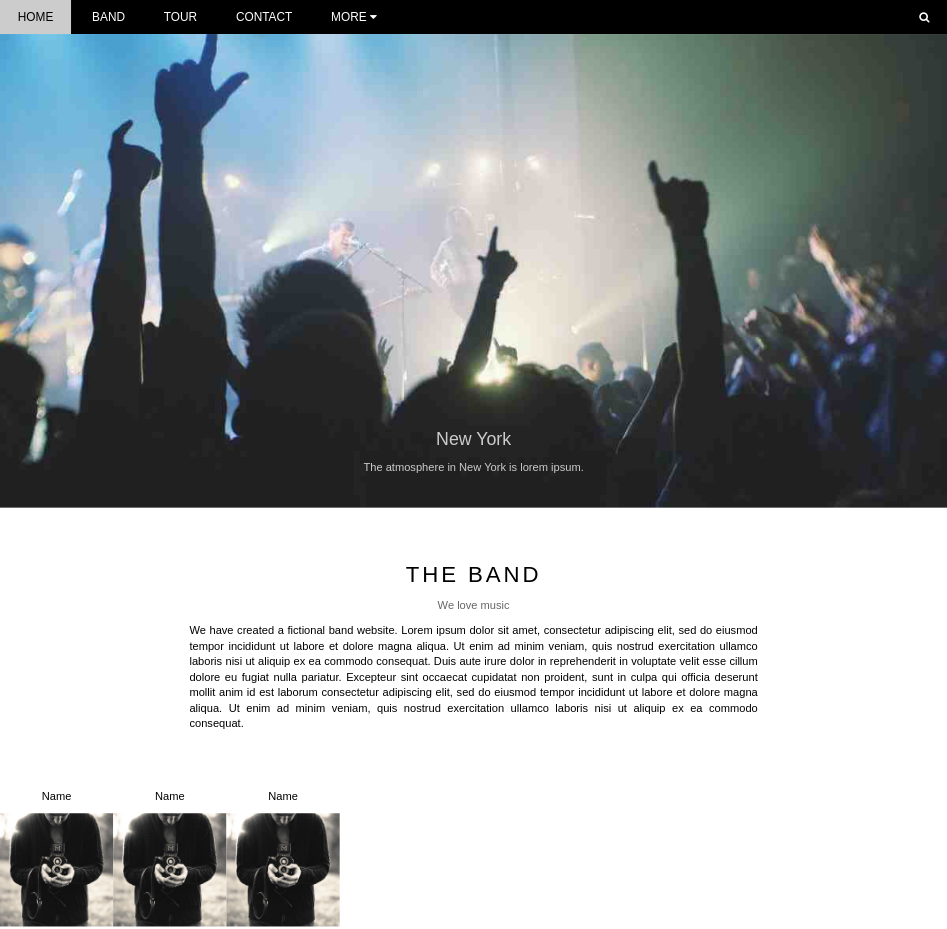
Repository: nguyenhoang2002062929/band
Page: index.html
The author's editor kept a copy of each file at every save. The page is drawn from the files as they stood at one save, then again after the next save.
The browser window is 1280 px wide. The pictures show the whole page, at 74% of full size.

Above is the page before, as saved 2023-06-04 15:26:03.

### index.html
<!DOCTYPE html>
<html lang="en">
<head>
    <meta charset="UTF-8">
    <meta http-equiv="X-UA-Compatible" content="IE=edge">
    <meta name="viewport" content="width=device-width, initial-scale=1.0">
    <title>Bank music   </title>
    <link rel="stylesheet" href="assets/css/style.css">
    <link rel="stylesheet" href="https://cdnjs.cloudflare.com/ajax/libs/font-awesome/4.7.0/css/font-awesome.min.css">
</head>
<body>
    <div class="main">
        <div class="header">
            <ul class="nav">
                <li><a href="">HOME</a></li>
                <li><a href="">BAND</a></li>
                <li><a href="">TOUR</a></li>
                <li><a href="">CONTACT</a></li>
                <li>
                    <a href="" >MORE <i class="fa fa-caret-down"></i></a>
                    <ul class="subnav">
                        <li><a href="">Merchandise</a></li>
                        <li><a href="">Extras</a></li>
                        <li><a href="">Media</a></li>
                    </ul>
                </li>
            </ul>

            <div class="search">
                <a href=""><i class="fa fa-search"></i></a>
            </div>
        </div>

        <div class="slider">
            <div class="text-content">
                <h2 class="text-heading">New York</h2>
                <p class="text-description">The atmosphere in New York is lorem ipsum.</p>
            </div>
        </div>

        <div class="content">
            <div class="about">
                <div class="content-section">
                    <h2 class="section-heading">THE BAND</h2>
                    <p class="section-sub-heading">We love music</p>
                    <p class="section-text">We have created a fictional band website. Lorem ipsum dolor sit amet, consectetur adipiscing elit, sed do eiusmod tempor incididunt ut labore et dolore magna aliqua. Ut enim ad minim veniam, quis nostrud exercitation ullamco laboris nisi ut aliquip ex ea commodo consequat. Duis aute irure dolor in reprehenderit in voluptate velit esse cillum dolore eu fugiat nulla pariatur. Excepteur sint occaecat cupidatat non proident, sunt in culpa qui officia deserunt mollit anim id est laborum consectetur adipiscing elit, sed do eiusmod tempor incididunt ut labore et dolore magna aliqua. Ut enim ad minim veniam, quis nostrud exercitation ullamco laboris nisi ut aliquip ex ea commodo consequat.</p>
                </div>
                <div class="content-member">
                    <div class="member1">
                        <div class="member-text">
                            <p>Name</p>
                        </div>
                        <div class="member-img">
                            <img src="./assets/img/member/bandmember.jpg" alt="">
                        </div>
                    </div>
                    <div class="member2">
                        <div class="member-text">
                            <p>Name</p>
                        </div>
                        <div class="member-img">
                            <img src="./assets/img/member/bandmember.jpg" alt="">
                        </div>
                    </div>
                    <div class="member3">
                        <div class="member-text">
                            <p>Name</p>
                        </div>
                        <div class="member-img">
                            <img src="./assets/img/member/bandmember.jpg" alt="">
                        </div>
                    </div>
                </div>
            </div>

        </div>

        <div class="footer">

        </div>
    </div>
</body>
</html>

### assets/css/style.css
*{
    margin: 0;
    padding: 0;
    box-sizing: border-box;
}
html{
    font-family: Arial, Helvetica, sans-serif;
}
.header{
    z-index: 1;
    position: fixed;
    height: 46px;
    background-color: #000;
    top: 0;
    left: 0;
    right: 0;
}
.header .nav {
    display: inline-block;
   line-height: 46px;
}
.header .nav > li > a{
    text-decoration: none;
    padding: 0px 24px;
    color: #fff;
}
.header .nav > li{
    display: inline-block;
    position: relative;
}
.header .nav > li:hover > a{
    display: block;
    color: #000;
    background-color: #ccc;
}
.header .nav .subnav{
    position: absolute;
    display: none;
    background-color: #fff;
    box-shadow: 0 0 10px rgba(0, 0, 0, 0.3) ;
}
.subnav li{
      min-width: 160px;
      list-style-type: none;
}
.nav > li:hover > .subnav{
    display: block;
}
.subnav li:hover a{
    color: #000;
    background-color: #ccc;
}
.subnav a{
    display: block;
    text-decoration: none;
    color: #000;
    padding: 0px 24px;
}
.search{
float: right;
padding: 0 24px;
line-height: 46px;
cursor: pointer;
}
.search a{
    color: rgb(255, 255, 255);
    font-size: 15px;
}
.search:hover{
    color: rgb(255, 255, 255);
    background-color: #f44336!important;
}

.slider{
    position: relative;
    margin-top: 46px;
    padding-top: 50%;
    background: url('../img/slider/slider2.jpg') center top / cover no-repeat;
}
.slider .text-content{
    position: absolute;
    color: #ccc;
    bottom: 0;
    left: 50%;
    transform: translateX(-50%);
    text-align: center;
    padding: 32px 16px;
}
.text-content .text-heading{
    font-size: 24px;
    margin-top: 10px;
    font-weight: 200;
}
.text-content .text-description{
    font-size: 15px;
    margin: 15px 0;
}
.content-section{
    width: 768px;
    text-align: center;
    margin-right: auto;
    margin-left: auto;
    padding: 64px 0;
}
.content-section .section-heading{
    font-size: 30px;
    font-weight: 300;
    letter-spacing: 4px;
    margin: 10px;
}
.content-section .section-sub-heading{
    font-size: 15px;
    font-weight: initial;
    margin: 15px;
    opacity: 0.6;
}
.content-section .section-text{
    font-size: 15px;
    text-align: justify;
    line-height: 1.4;
}
.content-member{
    display: block;
    text-align: center;
    align-items: center;
    margin-right: auto;
    margin-left: auto;

}
.member-text{
    font-size: 15px;
    margin: 15px 0;
}
.member-img img{
    width: 153px;
}
.content-member .member1,
.content-member .member2,
.content-member .member3{
    float: left;
}

After the next save:
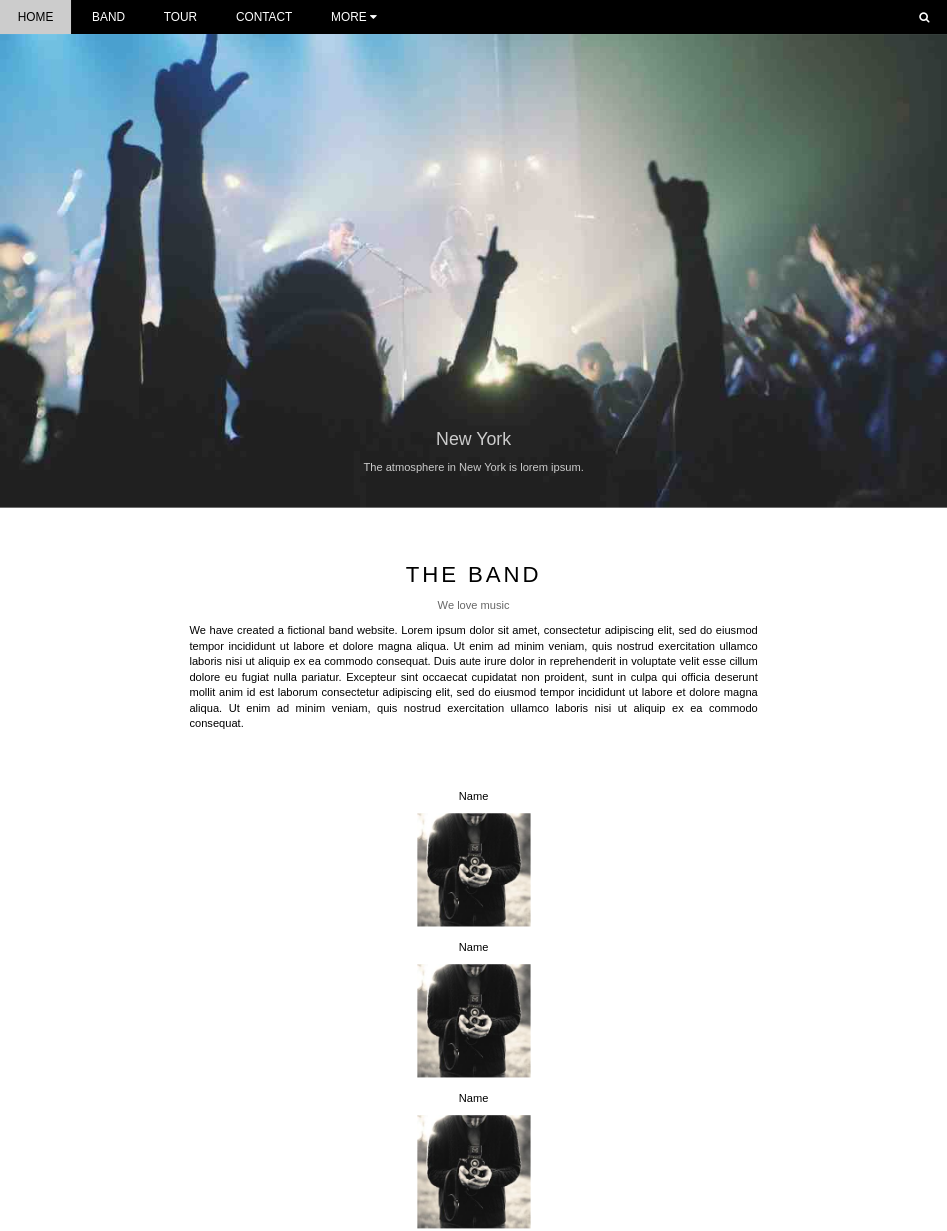
Saved 106 s later.
--- a/index.html
+++ b/index.html
@@ -46,7 +46,7 @@
                     <p class="section-text">We have created a fictional band website. Lorem ipsum dolor sit amet, consectetur adipiscing elit, sed do eiusmod tempor incididunt ut labore et dolore magna aliqua. Ut enim ad minim veniam, quis nostrud exercitation ullamco laboris nisi ut aliquip ex ea commodo consequat. Duis aute irure dolor in reprehenderit in voluptate velit esse cillum dolore eu fugiat nulla pariatur. Excepteur sint occaecat cupidatat non proident, sunt in culpa qui officia deserunt mollit anim id est laborum consectetur adipiscing elit, sed do eiusmod tempor incididunt ut labore et dolore magna aliqua. Ut enim ad minim veniam, quis nostrud exercitation ullamco laboris nisi ut aliquip ex ea commodo consequat.</p>
                 </div>
                 <div class="content-member">
-                    <div class="member1">
+                    <div class="member">
                         <div class="member-text">
                             <p>Name</p>
                         </div>
@@ -54,7 +54,7 @@
                             <img src="./assets/img/member/bandmember.jpg" alt="">
                         </div>
                     </div>
-                    <div class="member2">
+                    <div class="member">
                         <div class="member-text">
                             <p>Name</p>
                         </div>
@@ -62,7 +62,7 @@
                             <img src="./assets/img/member/bandmember.jpg" alt="">
                         </div>
                     </div>
-                    <div class="member3">
+                    <div class="member">
                         <div class="member-text">
                             <p>Name</p>
                         </div>

After the 2 saves that followed:
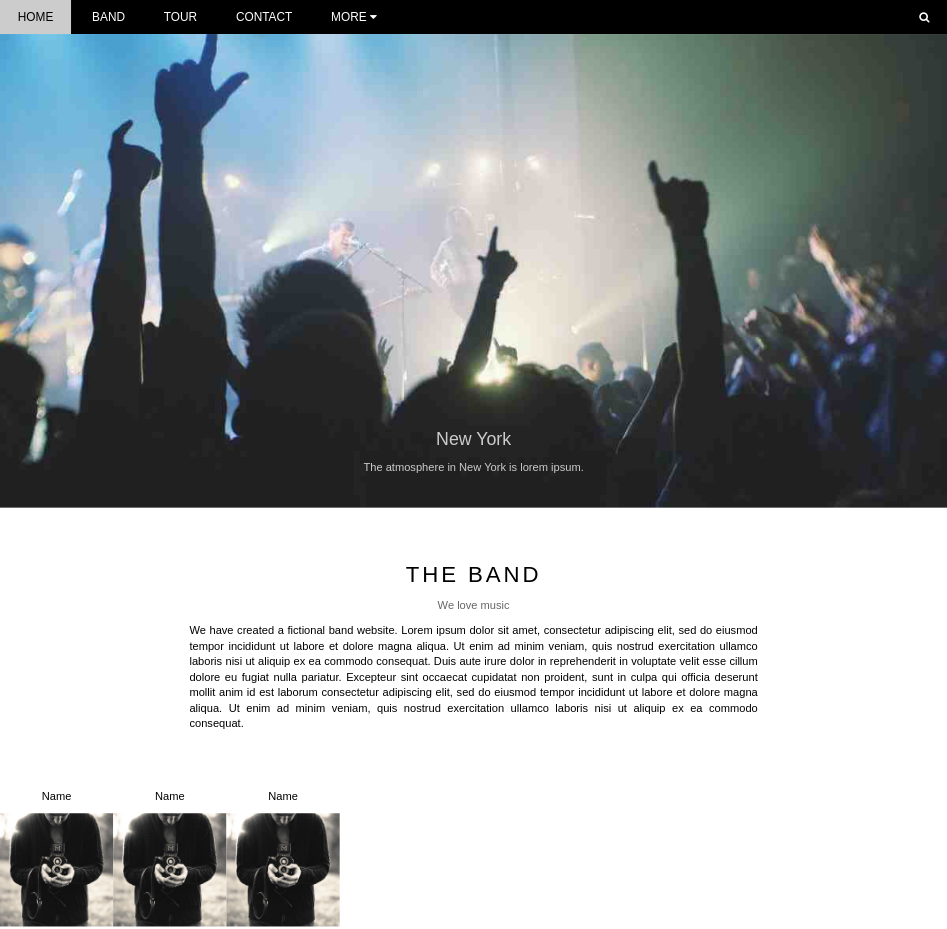
The 2 saves are shown as one change because 1 left the picture as it was.
The last was saved 39 s later.
--- a/assets/css/style.css
+++ b/assets/css/style.css
@@ -120,7 +120,7 @@ cursor: pointer;
     line-height: 1.4;
 }
 .content-member{
-    display: block;
+    display: inline-flex;
     text-align: center;
     align-items: center;
     margin-right: auto;
@@ -134,8 +134,6 @@ cursor: pointer;
 .member-img img{
     width: 153px;
 }
-.content-member .member1,
-.content-member .member2,
-.content-member .member3{
+.content-member .member1{
     float: left;
 }
